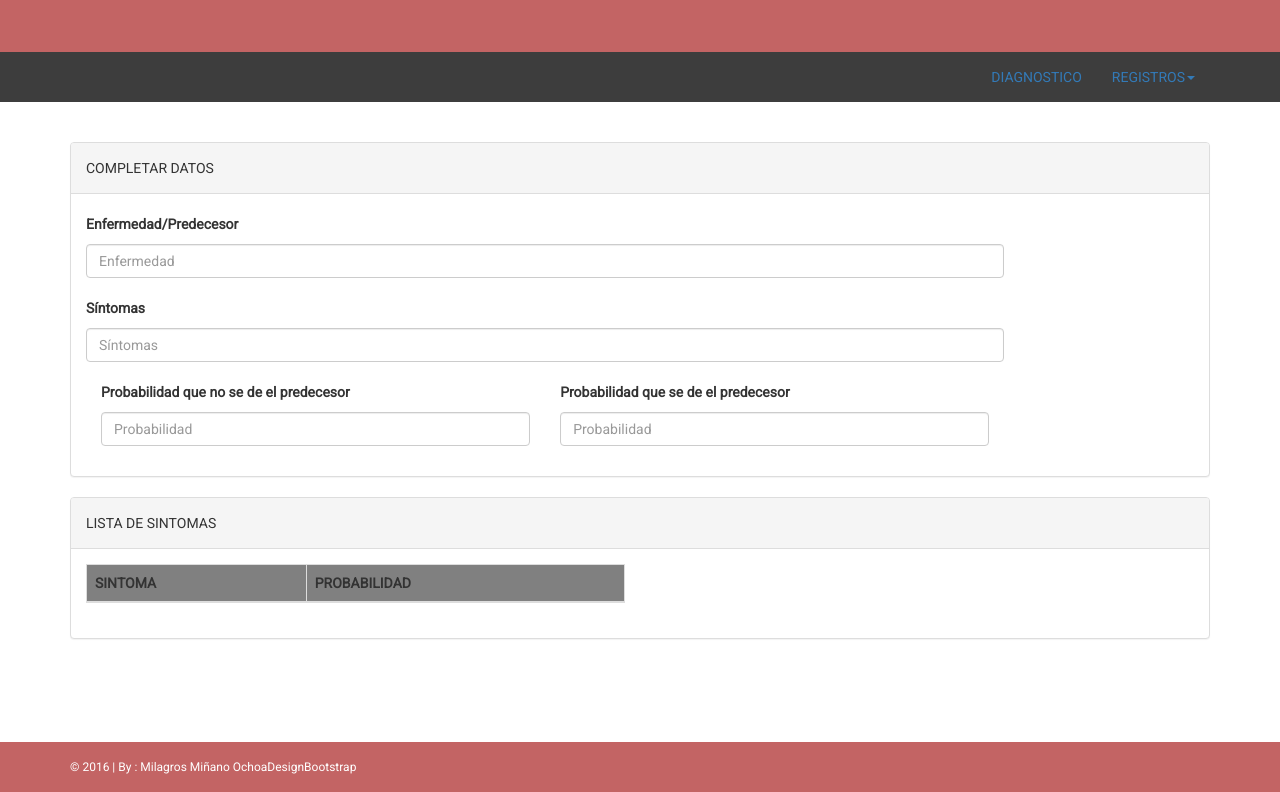
Repository: Mili10/PROYECTOII
Page: http://localhost/Capa_Presentación/frmRegistroSintoma.jsp
An editor plug-in stored every save of this project. The page is shown before and after the next save, followed by the edit.
The browser window is 1280 px wide. The pictures show the whole page.
The page is served by Tomcat 9.

Above is the page before, as saved 2016-05-16 06:39:40.

After the next save:
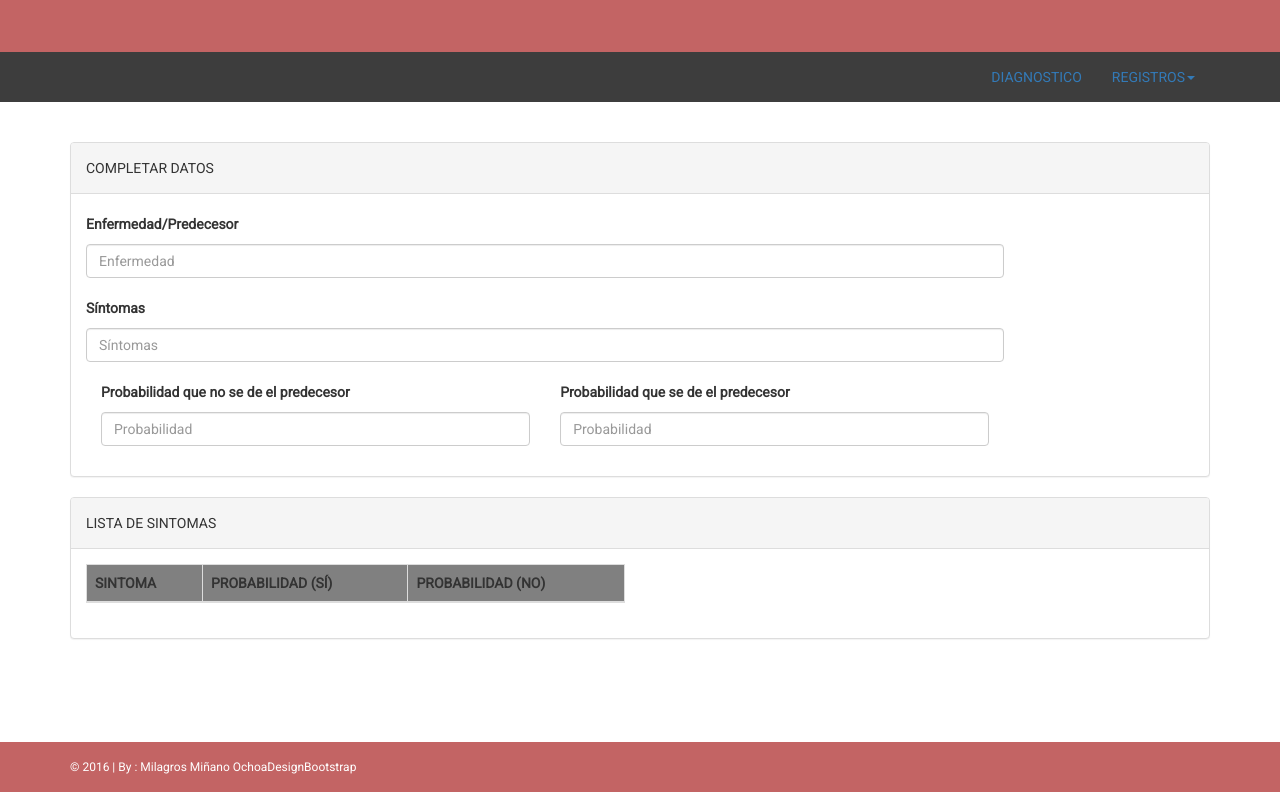
Saved 65 s later.
--- a/sistema_experto_web/Capa_Presentación/WebContent/frmRegistroSintoma.jsp
+++ b/sistema_experto_web/Capa_Presentación/WebContent/frmRegistroSintoma.jsp
@@ -60,7 +60,8 @@
                                     <thead style="background: grey">
                                         <tr>
                                             <th>SINTOMA</th>
-                                            <th>PROBABILIDAD</th>
+                                            <th>PROBABILIDAD (SÍ)</th>
+                                            <th>PROBABILIDAD (NO)</th>
                                         </tr>
                                     </thead>
                                     <tbody>
